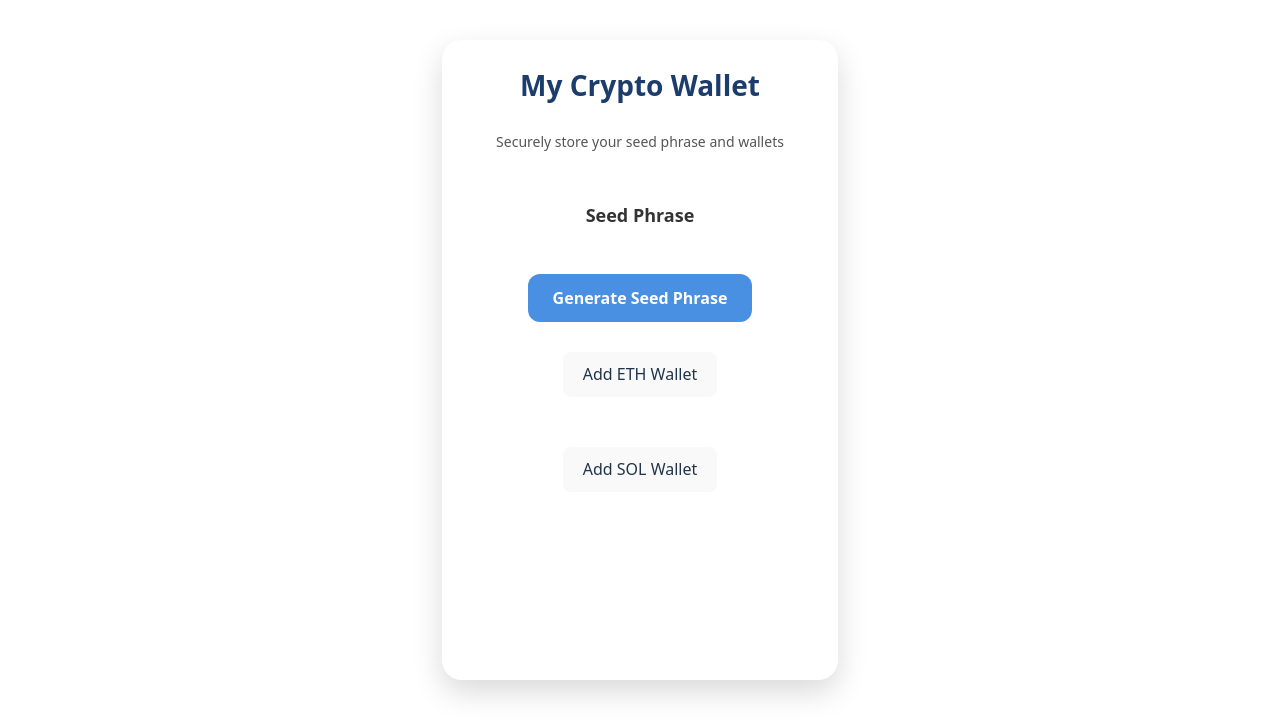
Repository: nishantsingh02/web-based-wallet-web-3
Page: /
The author's editor kept a copy of each file at every save. The page is drawn from the files as they stood at one save, then again after the next save.
The browser window is 1280 px wide. The pictures show the whole page.
The project was rebuilt for these pictures with package versions that can differ from the ones it lists, and the page was loaded fresh each time. Also part of the build but not shown: vite.config.ts.

Above is the page before, as saved 2025-10-07 02:18:58.

After the next save:
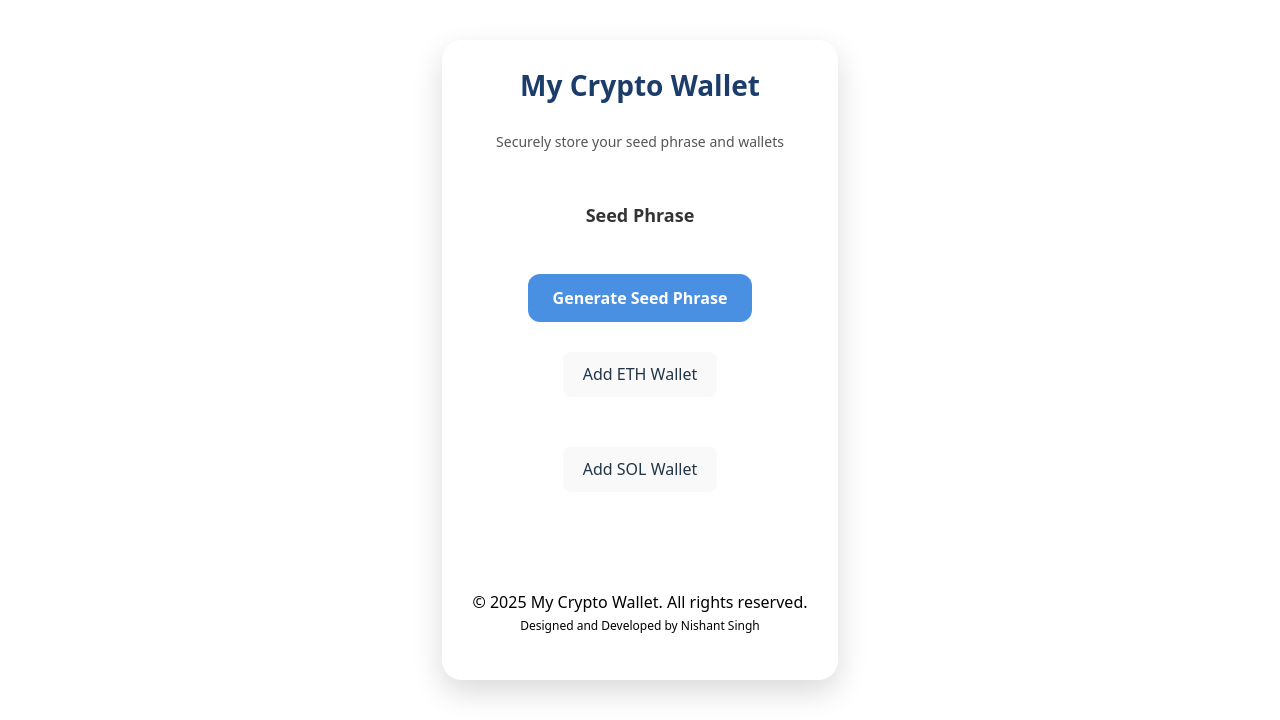
Saved 5 s later.
--- a/src/App.tsx
+++ b/src/App.tsx
@@ -54,7 +54,7 @@ function App() {
 
         {/* SOL Wallet Section */}
         <SOL_wallet mnemonic={mnemonic} />
-      <div className="w-full  text-white text-center py-4 mt-8 rounded-t-lg">
+      <div className="w-full  text-black text-center py-4 mt-8 rounded-t-lg">
   <p className="text-sm sm:text-base">© 2025 My Crypto Wallet. All rights reserved.</p>
   <p className="text-xs mt-1">Designed and Developed by Nishant Singh</p>
 </div>
